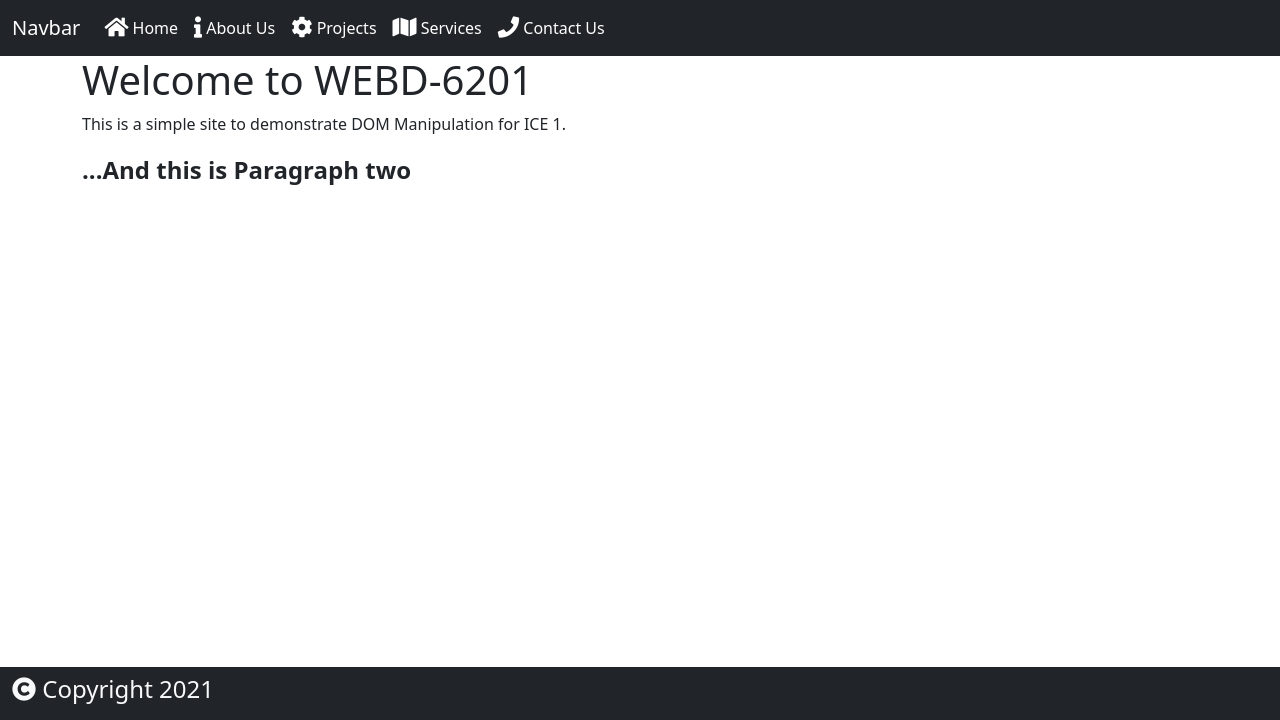
Repository: CKM206/WEBD6201-W2021---ICE1
Page: index.html
These files come from the project's save history. The page is drawn as it stood at one moment and after the next save; the edit follows.
The browser window is 1280 px wide. The pictures show the whole page.

Above is the page before, as saved 2021-01-20 09:59:12.

### index.html
<!DOCTYPE html>
<html lang="en">
<head>
    <meta charset="UTF-8">
    <meta name="viewport" content="width=device-width, initial-scale=1.0">
    <title>WEBD6201 - W2021 - ICE 1</title>
    <!-- CSS Section -->
    <!-- Inject Bootstrap first, always-->
    <link rel="stylesheet"
    href="./node_modules/bootstrap/dist/css/bootstrap.min.css">
    <!-- Now inject Icon Fonts using Font Awesome-->
    <link rel="stylesheet"
    href="./node_modules/@fortawesome/fontawesome-free/css/all.min.css">
    <!-- Now inject our custom css-->
    <link rel="stylesheet" href="./Content/app.css">
</head>
<body>

    <header>
        <nav class="navbar navbar-expand-lg navbar-dark bg-dark">
            <div class="container-fluid">
              <a class="navbar-brand" href="#">Navbar</a>
              <button class="navbar-toggler" type="button" data-bs-toggle="collapse" data-bs-target="#navbarSupportedContent" aria-controls="navbarSupportedContent" aria-expanded="false" aria-label="Toggle navigation">
                <span class="navbar-toggler-icon"></span>
              </button>
              <div class="collapse navbar-collapse" id="navbarSupportedContent">
                <ul class="navbar-nav me-auto mb-2 mb-lg-0">
                  <li class="nav-item">
                    <a class="nav-link active" aria-current="page" href="#"><i class="fas fa-home fa-lg"></i> Home</a>
                  </li>
                  <li class="nav-item">
                    <a class="nav-link active" aria-current="page" href="#"><i class="fas fa-info fa-lg"></i> About Us</a>
                  </li>
                  <li class="nav-item">
                    <a class="nav-link active" aria-current="page" href="#"><i class="fas fa-cog fa-lg"></i> Projects</a>
                  </li>
                  <li class="nav-item">
                    <a class="nav-link active" aria-current="page" href="#"><i class="fas fa-map fa-lg"></i> Services</a>
                  </li>
                  <li class="nav-item">
                    <a class="nav-link active" aria-current="page" href="#"><i class="fas fa-phone fa-lg"></i> Contact Us</a>
                  </li>
                </ul>
              </div>
            </div>
          </nav>
    </header>

    <main class="container">
        <h1>Welcome to WEBD-6201</h1>
        <p id="paragraphOne"></p>
    </main>

    <!-- Footer Section -->
    <footer>
        <nav class="navbar fixed-bottom navbar-dark bg-dark">
            <div class="container-fluid">
              <h4 class="text-light"><i class="fas fa-copyright text-light"></i> Copyright 2021</h4>
            </div>
          </nav>
    </footer>

    <!--Script Section-->
    <script src="./node_modules/jquery/dist/jquery.min.js"></script>
    <script src="./node_modules/bootstrap/dist/js/bootstrap.bundle.min.js"></script>
    <script src="./Scripts/app.js"></script>
</body>
</html>

### Content/app.css
/* Custom CSS Here */

### Scripts/app.js
/* Custom Javascript Here */
"use strict";   // Indicate that the code should be executed in "strict mode".

// IIFE - Immediately Invoked Function Expression (Anonymous Self-Executing Function)
//-Acts as a Closure, Limits Scope Leak
(function()
{
    function Start()
    {
        console.log("App Started...");

        // This shows different ways of accessing an element; @see index.html <p> on line 51
        //-Each has its own use and solves different problems
        let paragraphOneText = "This is a simple site to demonstrate DOM Manipulation for ICE 1.";
        let paragraphOneElement = document.getElementById("paragraphOne");

        // let aParagraph = document.getElementsByTagName("p")[0];
        // let allParagraphs = document.getElementsByTagName("p");
        // let paragraphOneQuery = document.querySelector("p");
        // let paragraphOneQuerys = document.querySelectorAll("p");

        // Print each variable to the console, see how each one "points" to the same <p> element
        // console.log(paragraphOneElement);
        // console.log(aParagraph);
        // console.log(allParagraphs[0]);
        // console.log(paragraphOneQuery);
        // console.log(paragraphOneQuerys);

        // Assigning values to the textContent of the element we have a reference to
        paragraphOneElement.textContent = paragraphOneText;

        /* We can change the style as well..
          For the most part its best to use css sheets, but this can be useful when attempting
          dynamic effects on the webpage
        */
        //paragraphOneElement.style = "color: blue;";

        /* We can change the class of an element as well...
        * This is probably a better way of assigning css to elements (As compared to above)
        */
        //paragraphOneElement.className = "fs-4 fw-bold";


        // Injecting a new element
        let newParagraph = document.createElement("p");             // Create the Element
        newParagraph.setAttribute("id","paragraphTwo");             // Configure the Element
        newParagraph.textContent = "...And this is Paragraph two"   //--
        let mainContent = document.getElementsByTagName("main")[0]; // Get a reference to the Main Element
        mainContent.appendChild(newParagraph);                      // Append the new Element as a child of main

        // We can still make alterations to this element
        newParagraph.className = "fs-4 fw-bold";

        // Another way of injecting a new Element through Javascript
        let paragraphThree = '<p class ="fs-6">And this is the Third Paragraph</p>';    // Create the Element

        // Notice that this doesnt work, it is assigned as text verbatim, and erases all other content in main
        //mainContent.textContent = paragraphThree;

        // Converting and Injecting the paragraph, it still erases all other content
        //mainContent.innerHTML = paragraphThree;




    }

    window.addEventListener("load", Start);
})();

Loaded but not shown: node_modules/bootstrap/dist/css/bootstrap.min.css (library); node_modules/@fortawesome/fontawesome-free/css/all.min.css (library); node_modules/jquery/dist/jquery.min.js (library); node_modules/bootstrap/dist/js/bootstrap.bundle.min.js (library)

After the next save:
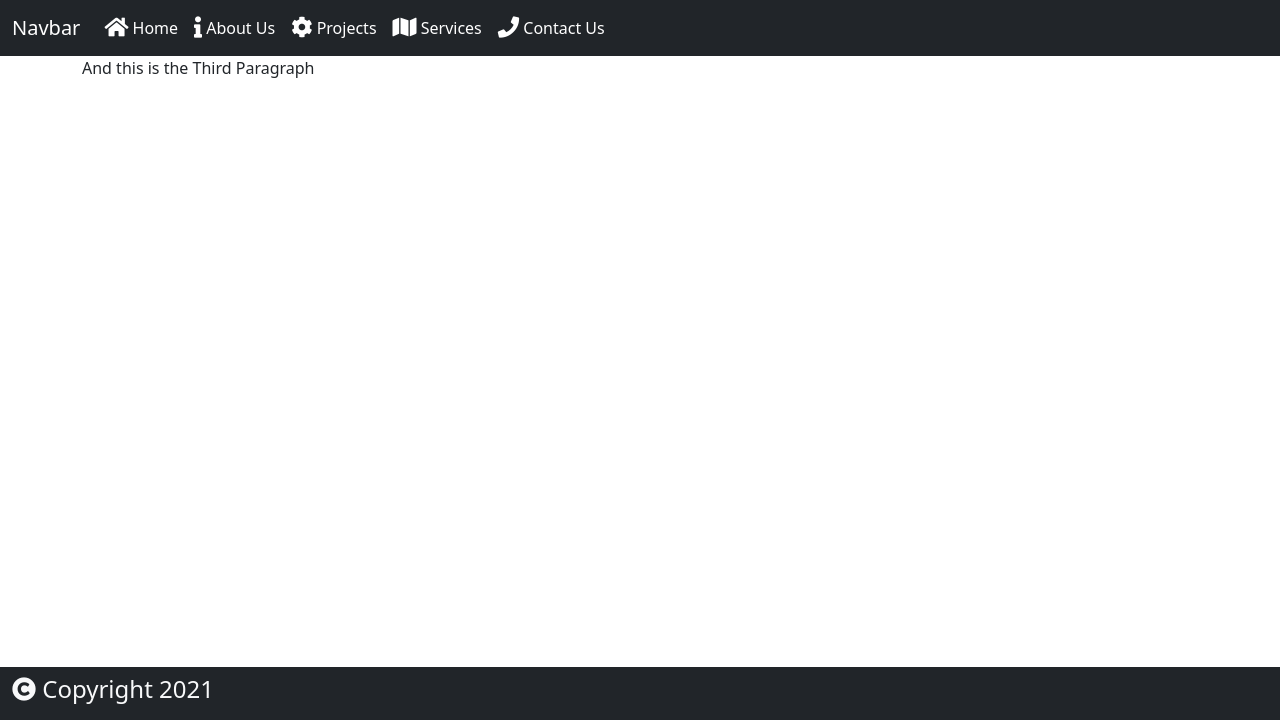
Saved 22 h 28 min later.
--- a/Scripts/app.js
+++ b/Scripts/app.js
@@ -57,8 +57,9 @@
         // Notice that this doesnt work, it is assigned as text verbatim, and erases all other content in main
         //mainContent.textContent = paragraphThree;
 
+        let paragraphDiv = document.createElement('div');
         // Converting and Injecting the paragraph, it still erases all other content
-        //mainContent.innerHTML = paragraphThree;
+        mainContent.innerHTML = paragraphThree;
 
 
 

After the 2 saves that followed:
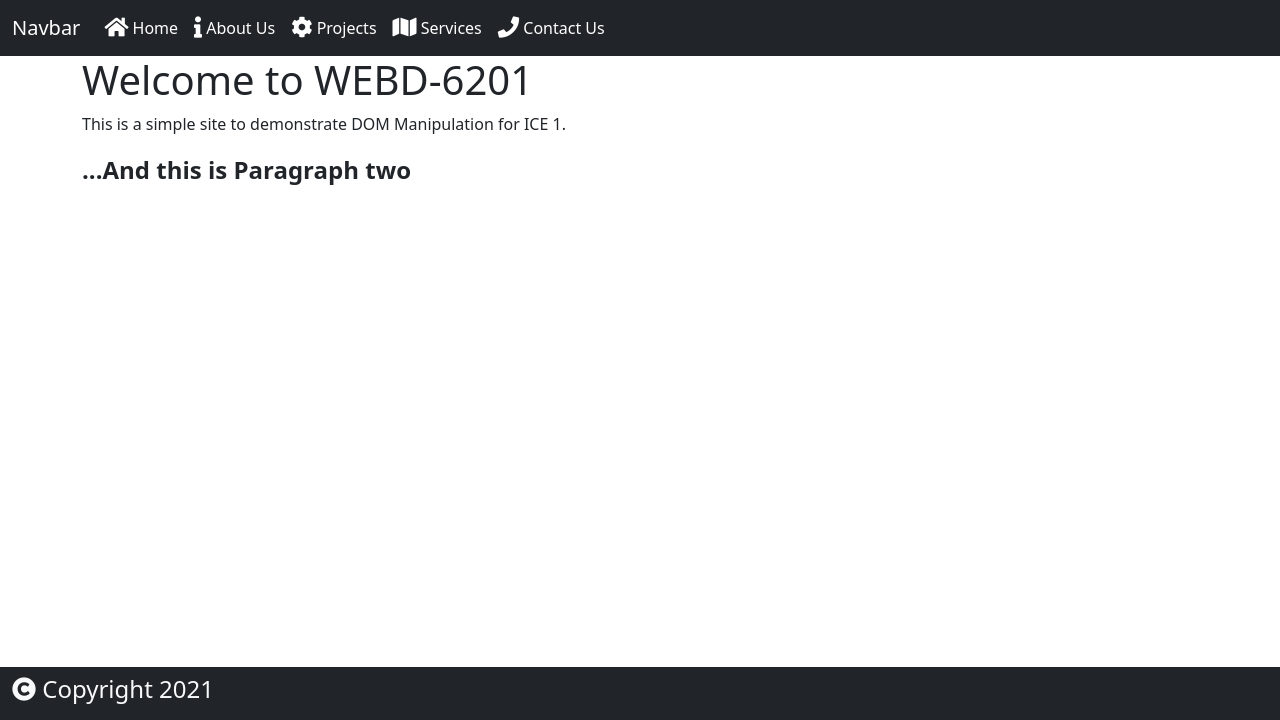
The 2 saves are shown as one change because 1 left the picture as it was.
The last was saved 98 s later.
--- a/Scripts/app.js
+++ b/Scripts/app.js
@@ -59,9 +59,16 @@
 
         let paragraphDiv = document.createElement('div');
         // Converting and Injecting the paragraph, it still erases all other content
-        mainContent.innerHTML = paragraphThree;
+       // mainContent.innerHTML = paragraphThree;
 
+       // Insertions
+       //-Example of insering before a node
+       //newparagraph.before(paragraphDiv);
 
+       // Inserting after a node
+       newParagraph.after(paragraphDiv);
+
+       // deletions
 
 
     }
